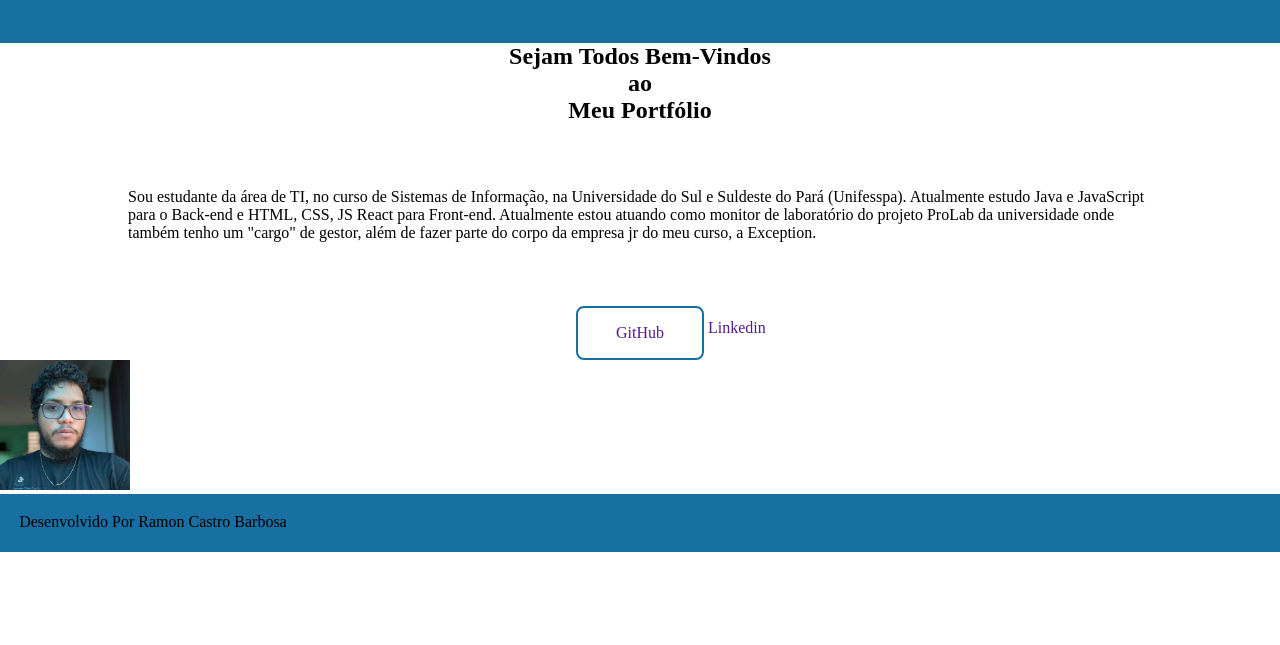
Repository: ramoncbarbosa/Web1_Atividade2
Page: index.html
The author's editor kept a copy of each file at every save. The page is drawn from the files as they stood at one save, then again after the next save.
The browser window is 1280 px wide. The pictures show the whole page.

Above is the page before, as saved 2023-06-10 15:42:53.

### index.html
<!DOCTYPE html>
<html lang="pt-br">
<head>
    <meta charset="UTF-8">
    <meta name="viewport" content="width=device-width, initial-scale=1.0">
    <link rel="stylesheet" href="./styles/styles.css">
    <title>Portfólio</title>
</head>
<body>
    <header class="cabecalho">
        <nav>
           <a href=""></a>
           <a href=""></a>
        </nav>
    </header>
    <section></section>
    <main class="principal">
        <section class="principal__principal">
            <h1 class="principal__titulo">Sejam Todos Bem-Vindos<br> ao<br> <strong>Meu Portfólio</strong></h1>
            <p class="principal__texto">
                Sou estudante da área de TI, no curso de Sistemas de Informação, na Universidade do Sul e Suldeste do Pará (Unifesspa). Atualmente estudo Java e JavaScript para o Back-end e HTML, CSS, JS React para Front-end.
                    Atualmente estou atuando como monitor de laboratório do projeto ProLab da universidade onde também tenho um "cargo" de gestor, além de fazer parte do corpo da empresa jr do meu curso, a Exception.
            </p>
            <div class="princiapl__links">
                <a target="_blank" class="social__github" href=""><img src="" alt="">GitHub</a>

                <a target="_blank" class="social__linkedin" href=""><img src="" alt="">Linkedin</a>
            </div>
        </section>
            <img src="./img/perfil.jpg" alt="" width="130" height="130">
    </main>
    <footer class="rodape">
        <p class="rodape__rodape">Desenvolvido Por Ramon Castro Barbosa</p>
    </footer>
</body>
</html>

### styles/styles.css
*{
    padding: 0;
    margin: 0;
    box-sizing: border-box;
    text-decoration: none;
}

:root{
    --cor-um: #176FA2;
    --cor-dois: #EEEEEE;
    --cor-tres: #000000;
}

.cabecalho{
    width: 100%;
    height: 6vh;
    padding: 2% 0 0 10%
    gap: 5rem;
    display: flex;
    background-color: var(--cor-um);
}

.principal{
    justify-content: center;
}

.principal__titulo{
    text-align: center;
    justify-content: center;
}

.principal__texto{
    display: flex;
    align-items: center;
    flex-wrap: wrap;
    justify-content: space-around;
    padding: 5% 10%;
}

.principal__links{
    display: flex;
    flex-direction: row;
    justify-content: space-between;
    align-items: center;
    gap: 1rem;
}

.social__github{
    width: 10%;
    padding: 1rem 0;
    margin-left: 45%;
    display: inline-flex;
    align-items: center;
    justify-content: center;
    text-align: center;
    border: 2px solid var(--cor-um);
    border-radius: 0.5rem;
}

.social_linkedin{
    width: 10%;
    padding: 1rem 0;
    margin-left: 45%;
    display: inline-flex;
    align-items: center;
    justify-content: center;
    text-align: center;
    border: 2px solid var(--cor-um);
    border-radius: 0.5rem;
}

.imagem{

}

.rodape{
    width: 100%;
    height: 8vh;
    display: flex;
    background-color: var(--cor-um);
}

.rodape__rodape{
    text-align: center;
    padding: 1.5%;
}

After the next save:
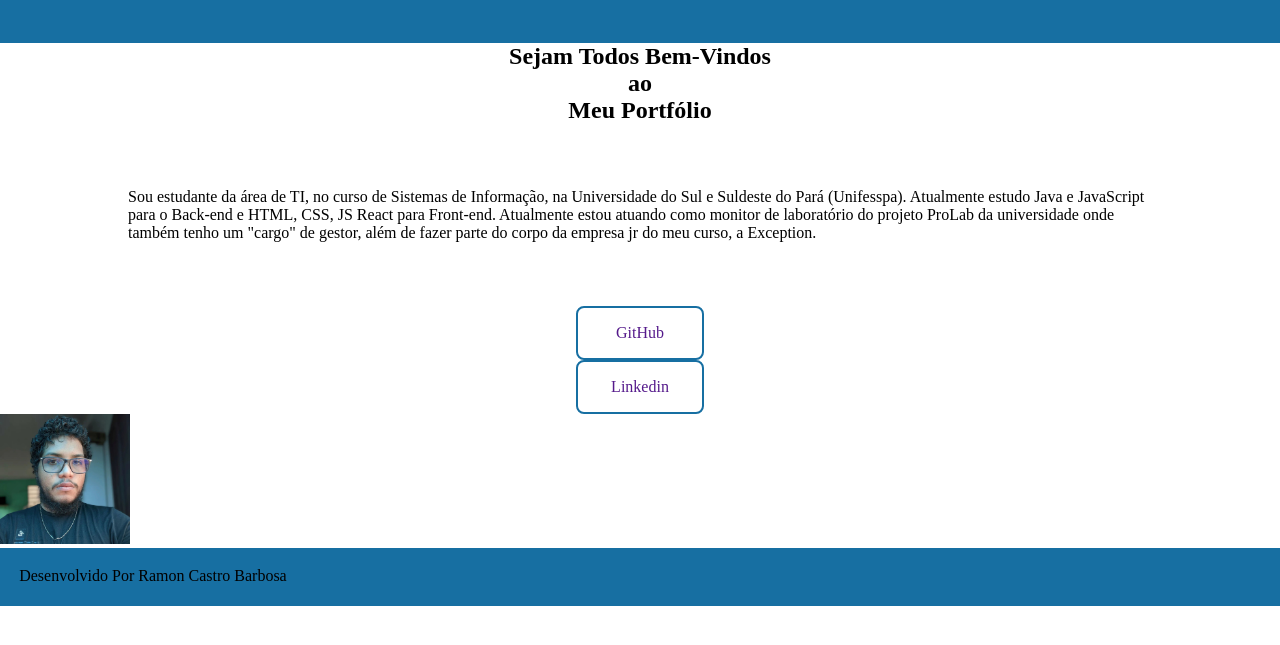
Saved 8 s later.
--- a/styles/styles.css
+++ b/styles/styles.css
@@ -57,7 +57,7 @@
     border-radius: 0.5rem;
 }
 
-.social_linkedin{
+.social__linkedin{
     width: 10%;
     padding: 1rem 0;
     margin-left: 45%;
